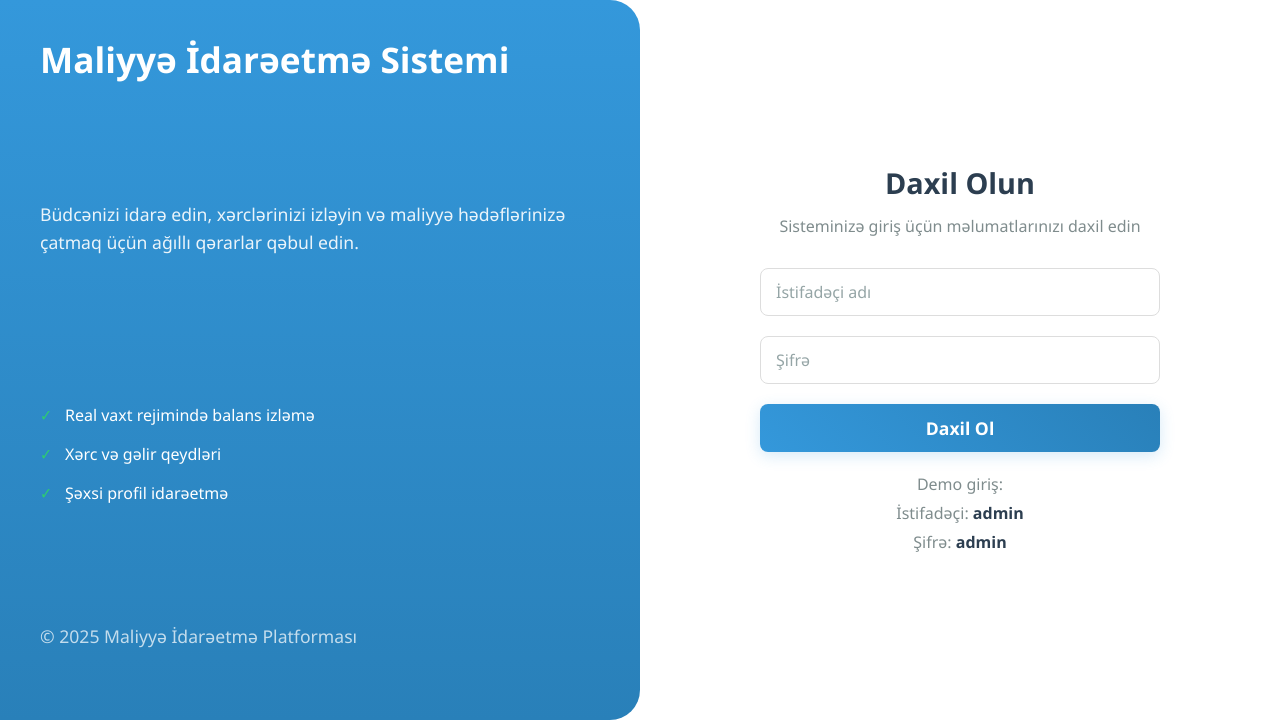
Repository: ferhadsultan98/financialmanagement
Page: /login
The author's editor kept a copy of each file at every save. The page is drawn from the files as they stood at one save, then again after the next save.
The browser window is 1280 px wide. The pictures show the whole page.
The project was rebuilt for these pictures with package versions that can differ from the ones it lists, and the page was loaded fresh each time. Also part of the build but not shown: vite.config.js, src/Styles/Sidebar.scss, src/Components/Sidebar/Navbar.jsx, src/Components/Sidebar/ProfileModal.jsx, src/Components/Sidebar/Sidebar.jsx, src/Components/Layout/MainLayout.jsx, src/Pages/Home/Home.jsx, src/Pages/AddExpense/AddExpense.jsx and 2 more.

Above is the page before, as saved 2025-03-24 00:07:55.

After the next save:
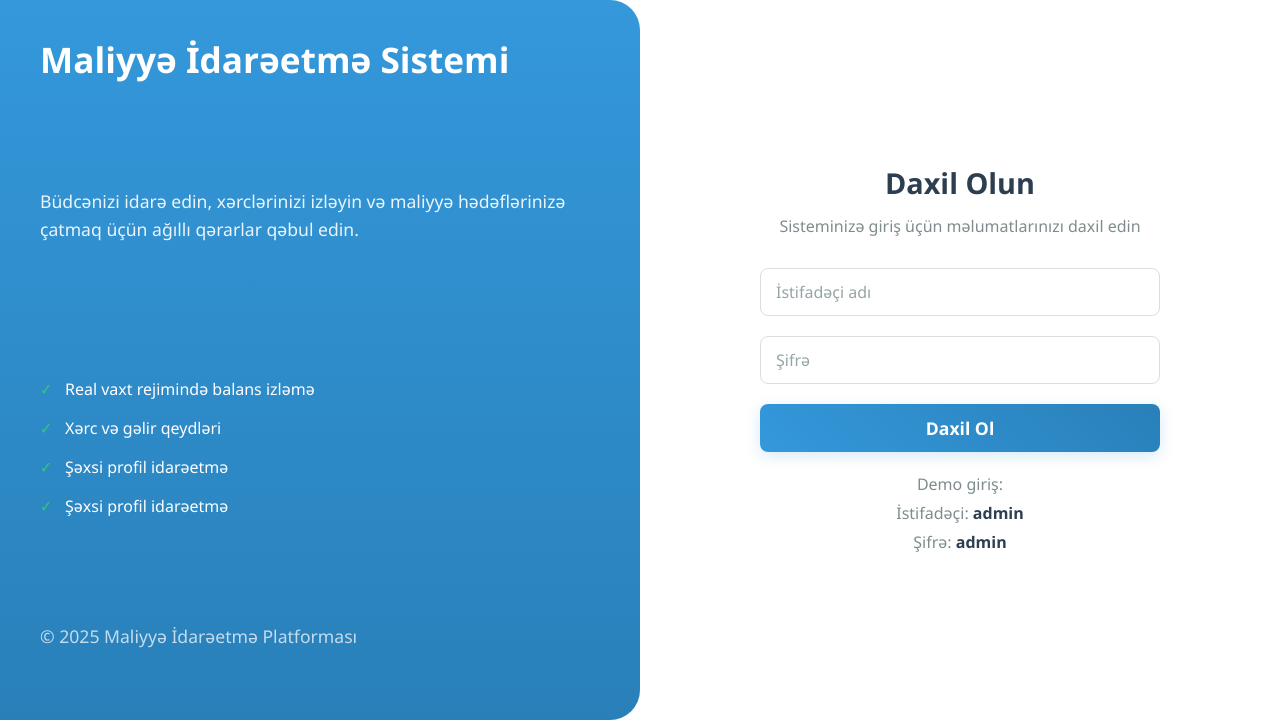
Saved 16 s later.
--- a/src/Components/Login/Login.jsx
+++ b/src/Components/Login/Login.jsx
@@ -35,6 +35,7 @@ const Login = () => {
           <ul>
             <li>Real vaxt rejimində balans izləmə</li>
             <li>Xərc və gəlir qeydləri</li>
+            <li>Şəxsi profil idarəetmə</li>
             <li>Şəxsi profil idarəetmə</li>
           </ul>
           <div className="login-left-footer">
